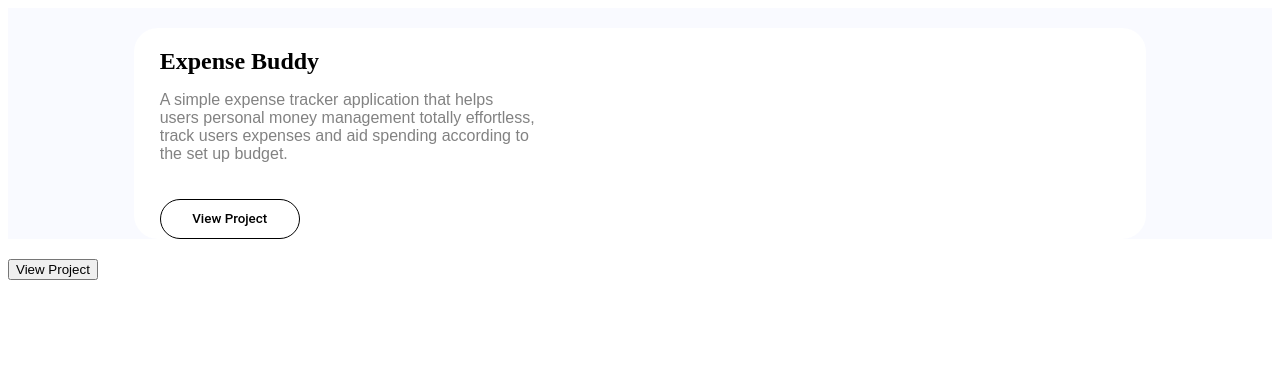
Repository: adehope1/My_Portfoilo
Page: port/assest/index2.html
An editor plug-in stored every save of this project. The page is shown before and after the next save, followed by the edit.
The browser window is 1280 px wide. The pictures show the whole page.

Above is the page before, as saved 2024-09-01 22:17:07.

After the next save:
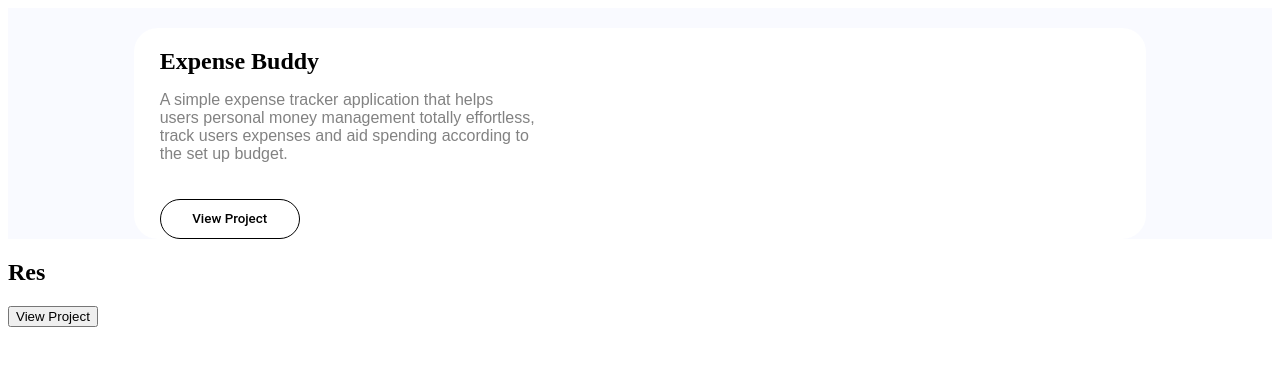
Saved 6 s later.
--- a/port/assest/index2.html
+++ b/port/assest/index2.html
@@ -29,7 +29,7 @@
         <div class="ctn2">
             <div class="nameP1">
                 <div class="textHome1">
-                    <h2 id="exp1"></h2>
+                    <h2 id="exp1">Res</h2>
                     <p id="expe1">
 
                     </p>
